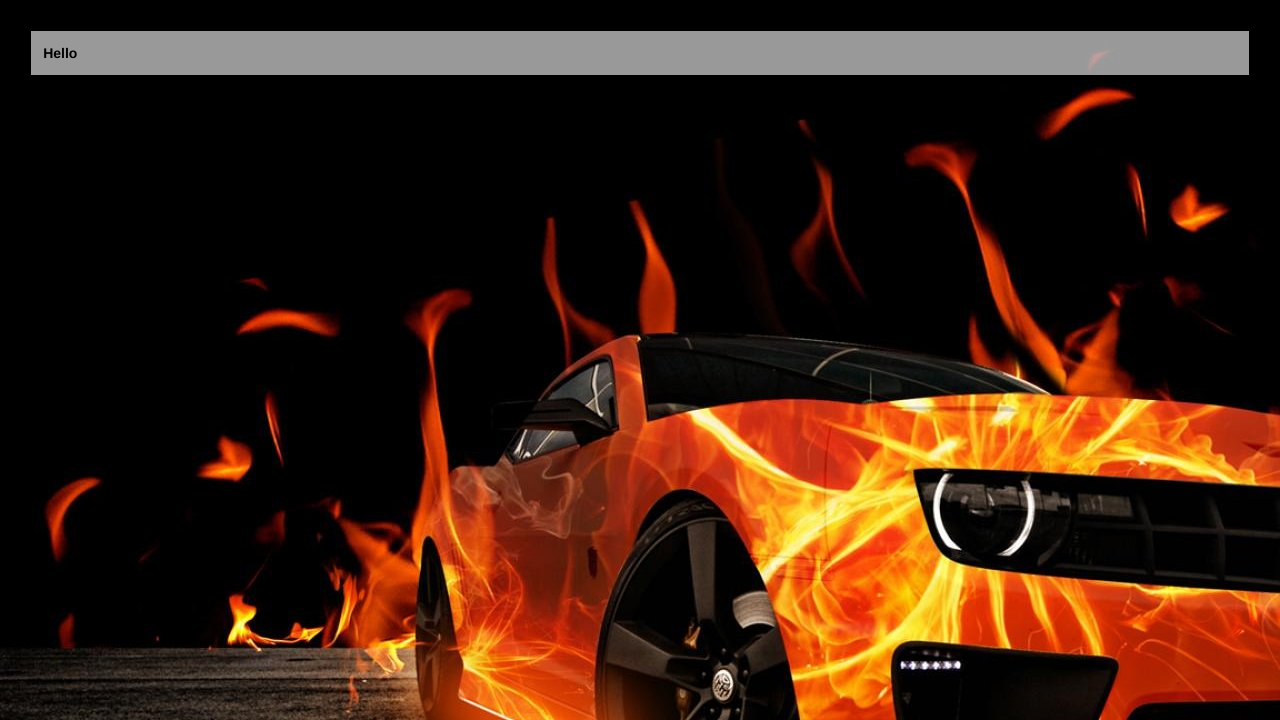
Repository: AravindMarshall/ShoppingCart
Page: http://localhost/Phineas/tester.jsp
The author's editor kept a copy of each file at every save. The page is drawn from the files as they stood at one save, then again after the next save.
The browser window is 1280 px wide. The pictures show the whole page.
The page is served by Tomcat 9. Other server files are loaded and not shown.

Above is the page before, as saved 2016-06-11 07:23:06.

### NIIT Shopping Cart/Phineas/WebContent/tester.jsp
<%@ page language="java" contentType="text/html; charset=ISO-8859-1"
    pageEncoding="ISO-8859-1"%>
<html>

<head>
<meta http-equiv="Content-Type" content="text/html; charset=ISO-8859-1">
<meta name="viewport" content="width=device-width, initial-scale=1">
  <link rel="stylesheet" href="http://maxcdn.bootstrapcdn.com/bootstrap/3.3.6/css/bootstrap.min.css">
  <script src="https://ajax.googleapis.com/ajax/libs/jquery/1.12.2/jquery.min.js"></script>
  <script src="http://maxcdn.bootstrapcdn.com/bootstrap/3.3.6/js/bootstrap.min.js"></script>

<title>ShoppingCart Login</title>

<style>

 div.transbox {
     margin: 30px;
     background-color: #ffffff;
     border: 1px solid black;
     opacity: 0.6;
     filter: alpha(opacity=60); /* For IE8 and earlier */
}

div.transbox p {
     margin: 1%;
     font-weight: bold;
     color: #000000;
}
</style>

</head>
<body>
<body background="car 3d.jpg">
   <div class="transbox">
     <p>Hello</p>
   </div>
</div>

</body>
</html>

After the next save:
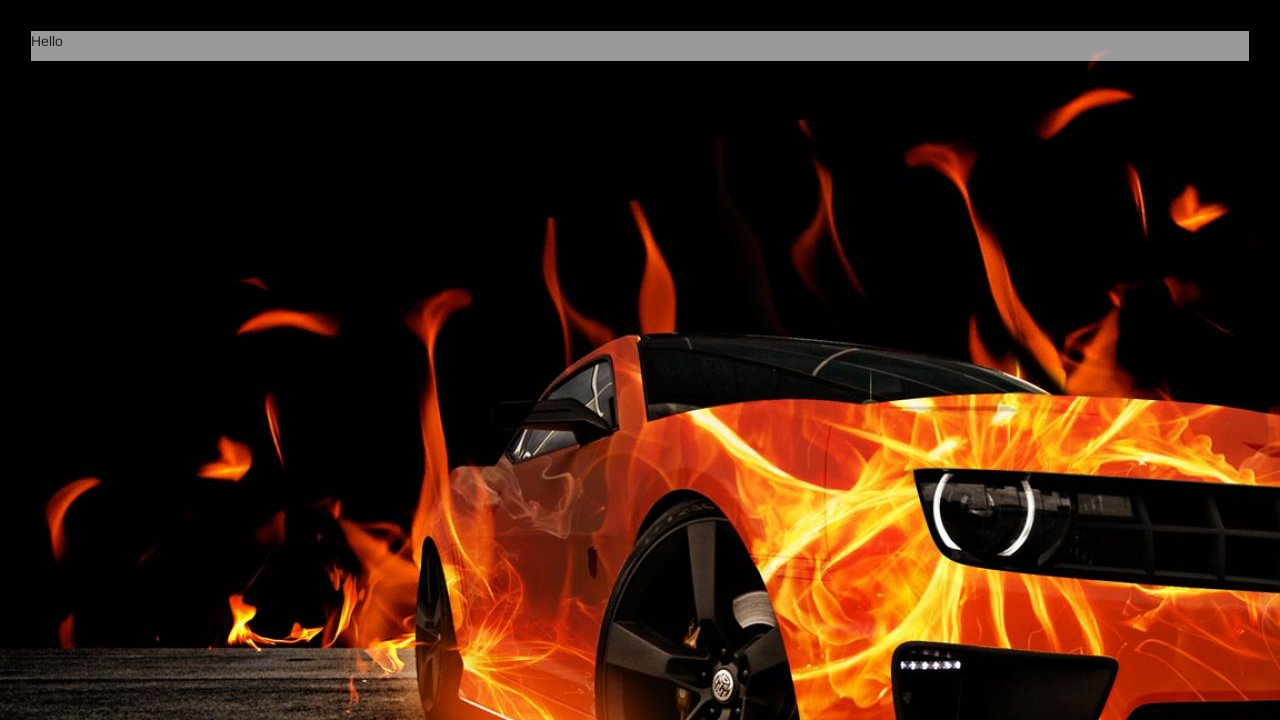
Saved 47 s later.
--- a/NIIT Shopping Cart/Phineas/WebContent/tester.jsp
+++ b/NIIT Shopping Cart/Phineas/WebContent/tester.jsp
@@ -21,11 +21,6 @@
      filter: alpha(opacity=60); /* For IE8 and earlier */
 }
 
-div.transbox p {
-     margin: 1%;
-     font-weight: bold;
-     color: #000000;
-}
 </style>
 
 </head>
